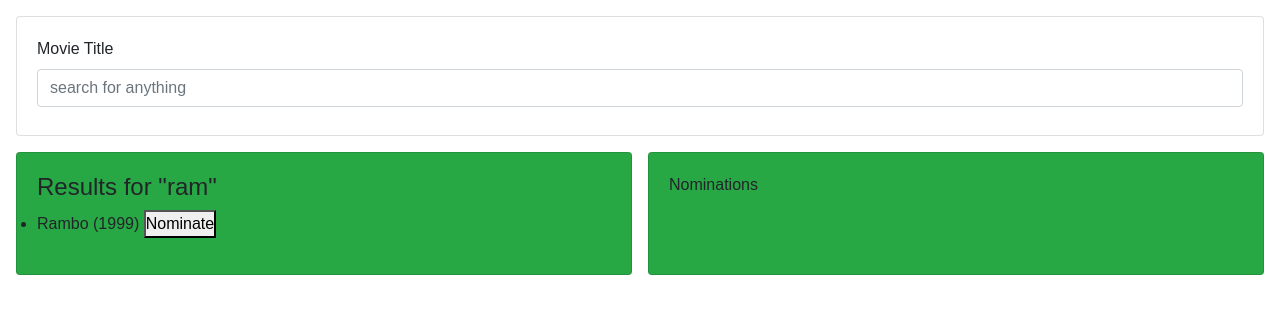
Repository: akinsikuoluwafemi/shoppies-movie-collection
Page: /
An editor plug-in stored every save of this project. The page is shown before and after the next save, followed by the edit.
The browser window is 1280 px wide. The pictures show the whole page.
The project was rebuilt for these pictures with package versions that can differ from the ones it lists, and the page was loaded fresh each time. Also part of the build but not shown: src/App.css.

Above is the page before, as saved 2021-01-10 09:03:57.

After the next save:
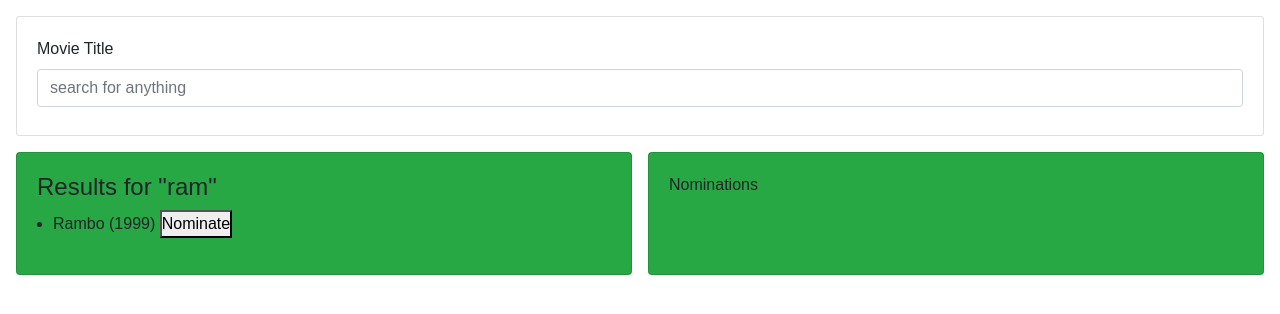
Saved 5 s later.
--- a/src/components/SearchResults.js
+++ b/src/components/SearchResults.js
@@ -6,7 +6,7 @@
     return (
         <CardWrapper>
             <h4>Results for "ram"</h4>
-            <ul className="">
+            <ul className="ml-3">
                 <li>Rambo (1999) <button>Nominate</button></li>
             </ul>
       </CardWrapper>

After the save that followed:
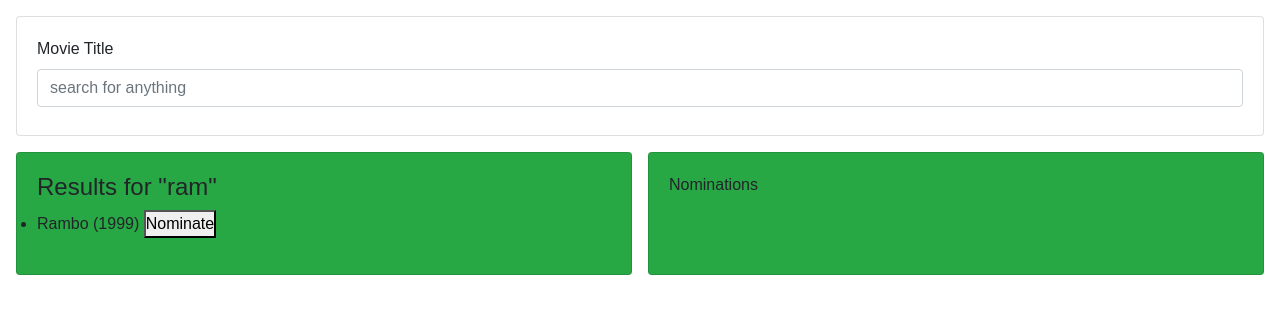
Saved 73 s later.
--- a/src/components/SearchResults.js
+++ b/src/components/SearchResults.js
@@ -6,7 +6,7 @@
     return (
         <CardWrapper>
             <h4>Results for "ram"</h4>
-            <ul className="ml-3">
+            <ul className="list">
                 <li>Rambo (1999) <button>Nominate</button></li>
             </ul>
       </CardWrapper>
